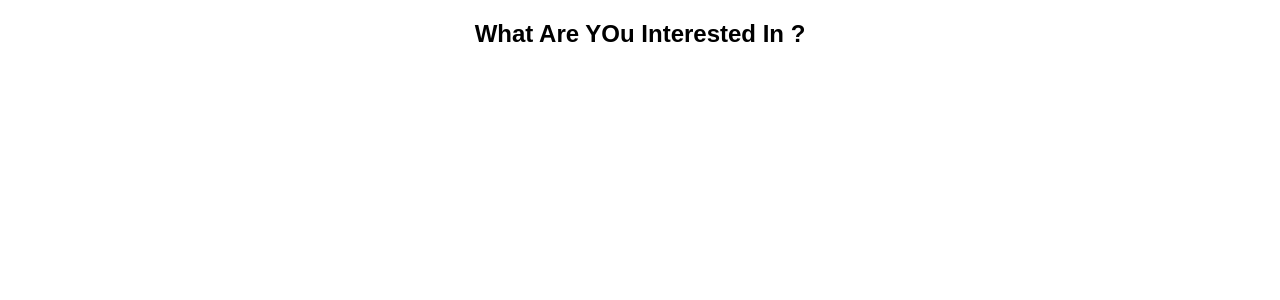
Repository: nema38/30DaysTrainning
Page: 30Days22_Custom_Events_and_The_Observer_Pattern_002/index.html
An editor plug-in stored every save of this project. The page is shown before and after the next save, followed by the edit.
The browser window is 1280 px wide. The pictures show the whole page.
The page's requests for data from a server got no answer. Some web libraries are served in a nearby version.

Above is the page before, as saved 2014-05-01 13:30:30.

### 30Days22_Custom_Events_and_The_Observer_Pattern_002/index.html
<!DOCTYPE html>
<html>

	<head>
		<meta charset=utf-8>
		<title>Custom Events</title>

		<style>
			body { width: 600px; margin: auto; font-family: sans-serif; text-align: center; }
			li { text-align: left; padding-botton:1em; }
		</style>
	</head>

	<body>

		<h2>What Are YOu Interested In ?</h2>

		<script src="http://ajax.googleapis.com/ajax/libs/jquery/1.11.0/jquery.min.js"></script>

		<script src="http://cloud.github.com/downloads/wycats/handlebars.js/handlebars-1.0.0.beta.6.js"
		></script>

		<script>

			(function( $ ) {
				var o = $( {} );

				$.each( {
					trigger: 'publish',   //publish
					on: 'subscribe',   //subscribe
					off: 'unsuscribe'

				}, function( key, val ) {
					jQuery[val] = function() {
						o[key].apply( o, arguments );

					};
				});

			})(jQuery);

			(function($) {
				var Twitter = {
					init: function() {
						this.template = '<li>{{tweet}}</li>';
						this.query = '@calabaza';
						this.tweets = [];
						this.timer;

						this.cache();
						this.bindEvents();
						this.subscriptions();
						//dfault state
						this.searchInput.val(this.query);
						$.publish ('twitter/query');

						return this;
					},

					cache: function() {
						this.container = $('ul.tweets');
						this.searchInput = $('#q');

					},

					bindEvents: function() {
						this.searchInput.on ( 'keyup', this.search );
					},

					subscriptions: function() {
						$.subscribe( 'twitter/query', this.fetchJSON);
						$.subscribe( 'twitter/results', this.rederResutls);
					},

					search: function() {
						var self = Twitter,
							input = this;

						clearTimeout (self.timer);

						self.timer = (iput.value.length >= 3 ) && setTimeout(function() {
							self.query = input.value;
							$.publish('twitter/query');

						}, 400);

					},

					fetchJSON: function() {
						var url = 'http://www.flickr.com/services/feeds/photos_public.gne?tags=soccer&format=json&jsoncallback=?';

						return $.getJSON ( url + Twitter.query, function ( data ) {
							Twitter.tweets = data.results;
							$.publish( 'twitter/results');
						});

					},

					renderResults: function() {
						var self = Twitter,
							frag = [],
							tweet;

						self.container.html(
							$.map( self.tweets, function( obj, index ) {
								var t =
									obj.text.replace ( /(http:[^\s]+)/, '<a href="$1">$1</a>')
											.replace ( /@([^\s]+)/, '<a href="http://twitter.com/$1">@$1</a>')
											;
								return self.template.replace(/{{tweet}}/, t);
							}).join('')
						);
					}

				};

				window.Twitter = Twitter.init();

			})(jQuery);



		</script>


	</body>

</html>

After the next save:
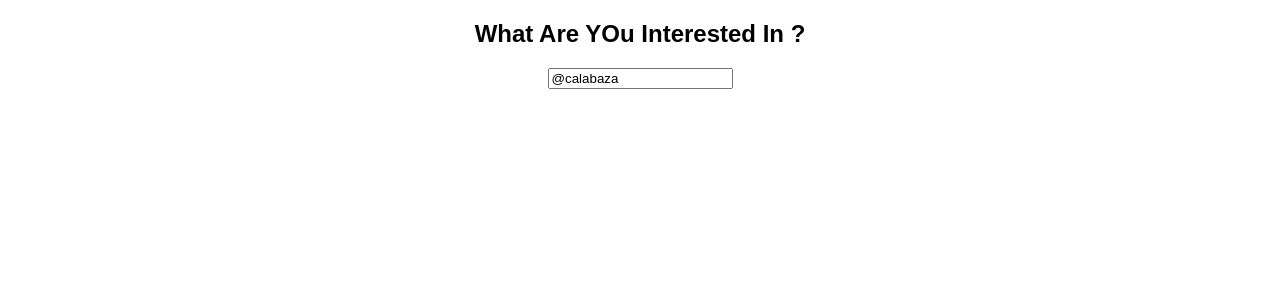
Saved 18 min 0 s later.
--- a/30Days22_Custom_Events_and_The_Observer_Pattern_002/index.html
+++ b/30Days22_Custom_Events_and_The_Observer_Pattern_002/index.html
@@ -14,6 +14,12 @@
 	<body>
 
 		<h2>What Are YOu Interested In ?</h2>
+
+		<form action="#">
+			<p><input type="text" name = "q" id="q" /></p>
+		</form>
+
+		<ul class="tweets"></ul>
 
 		<script src="http://ajax.googleapis.com/ajax/libs/jquery/1.11.0/jquery.min.js"></script>
 
